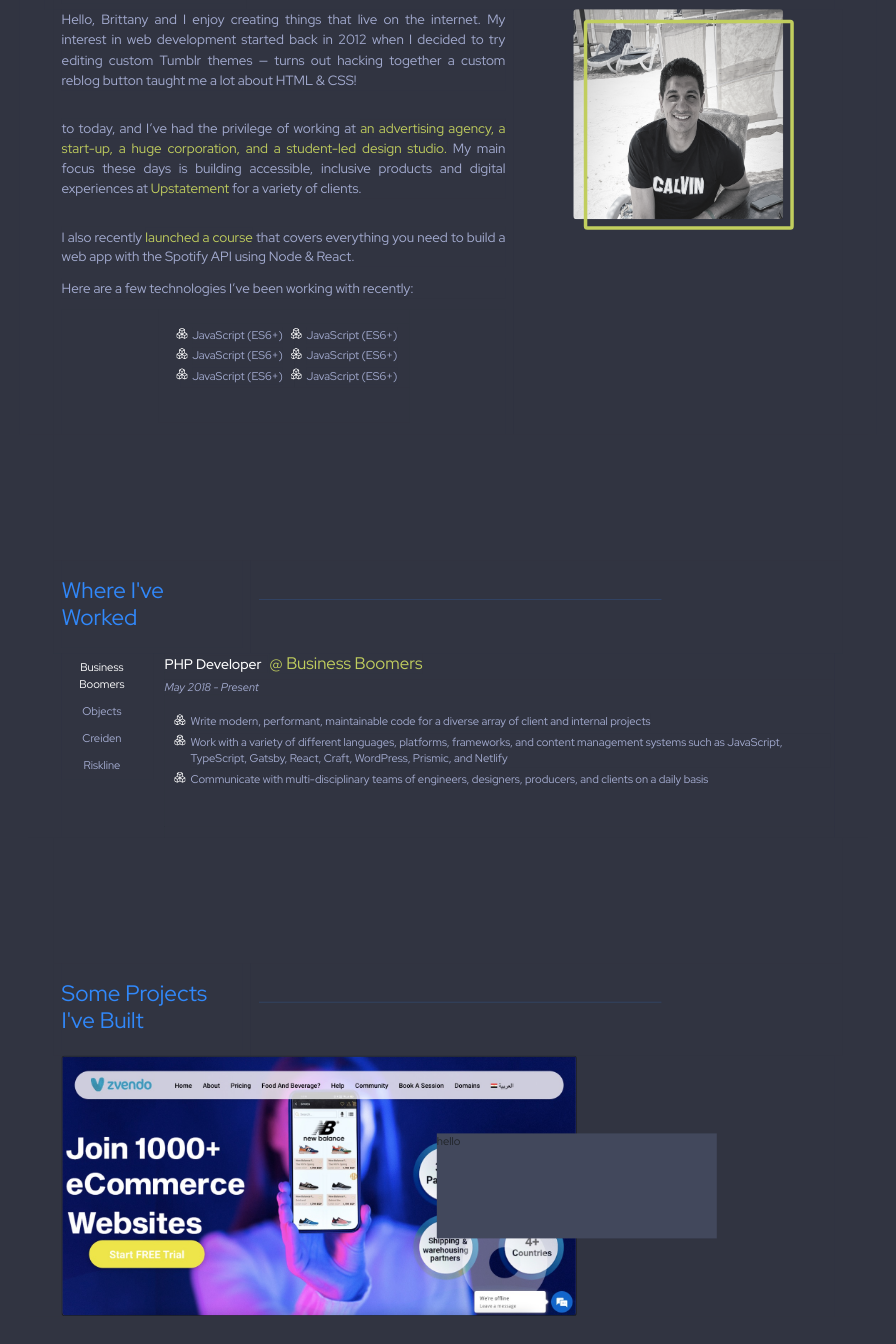
Repository: aya7abbal/Talaat-s-Portfolio
Page: index.html
The author's editor kept a copy of each file at every save. The page is drawn from the files as they stood at one save, then again after the next save.
The browser window is 1280 px wide. The pictures show the part of the page from y = 943 to 2863 px (the page is 2863 px tall), at 70% of full size.
Some web libraries are served in a nearby version. The style sheet was rebuilt from its Sass, Less or Tailwind sources for each picture, by a compiler version that may differ from the author's.

Above is the page before, as saved 2022-02-07 19:05:50.

After the next save:
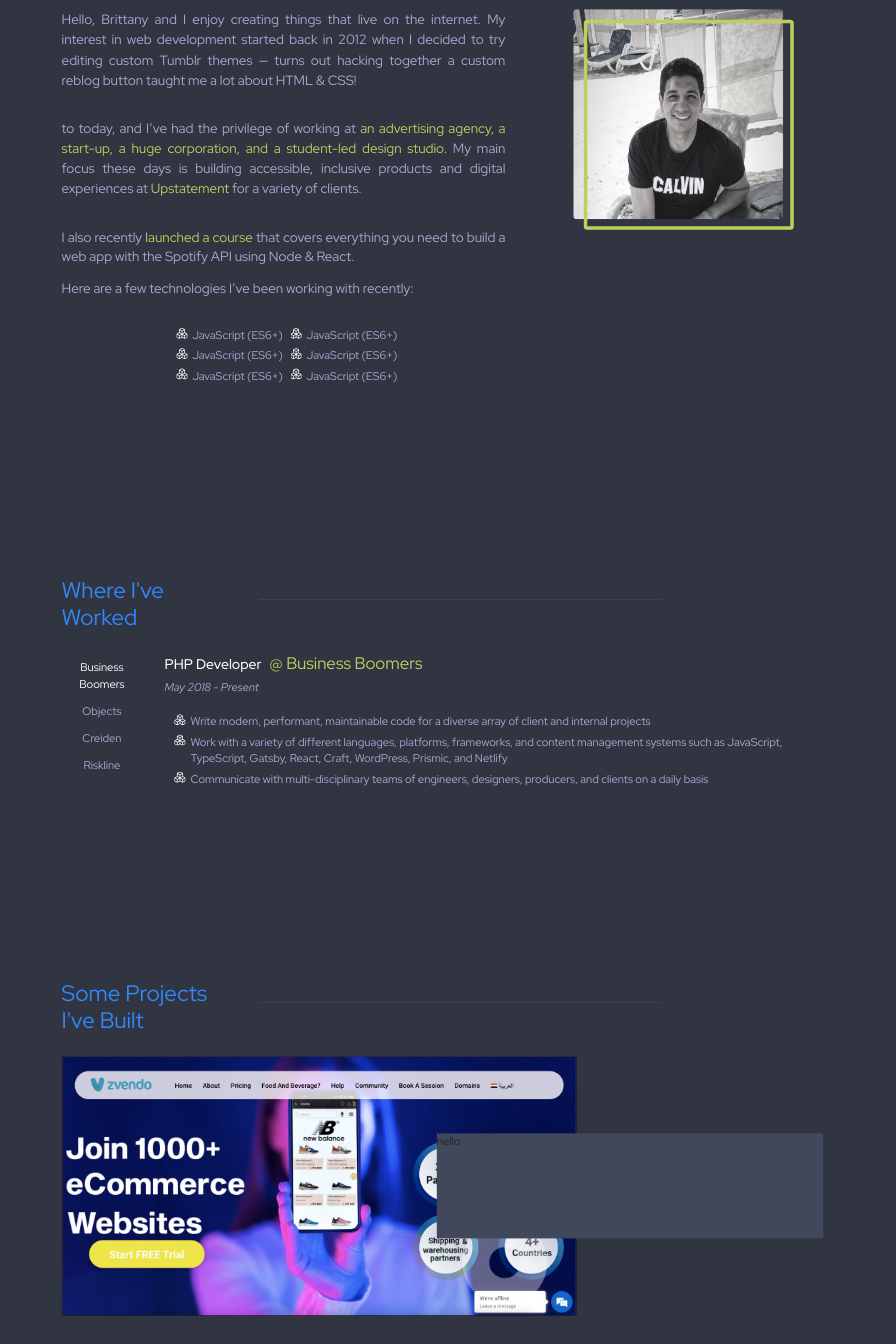
Saved 19 s later.
--- a/styles/components/_projects.scss
+++ b/styles/components/_projects.scss
@@ -13,7 +13,7 @@
 .project-desc{
     background-color: var(--lnavy);
     height:150px;
-    width: 400px;
+    // width: 400px;
     transform: translate(-200px);
 }
 }
